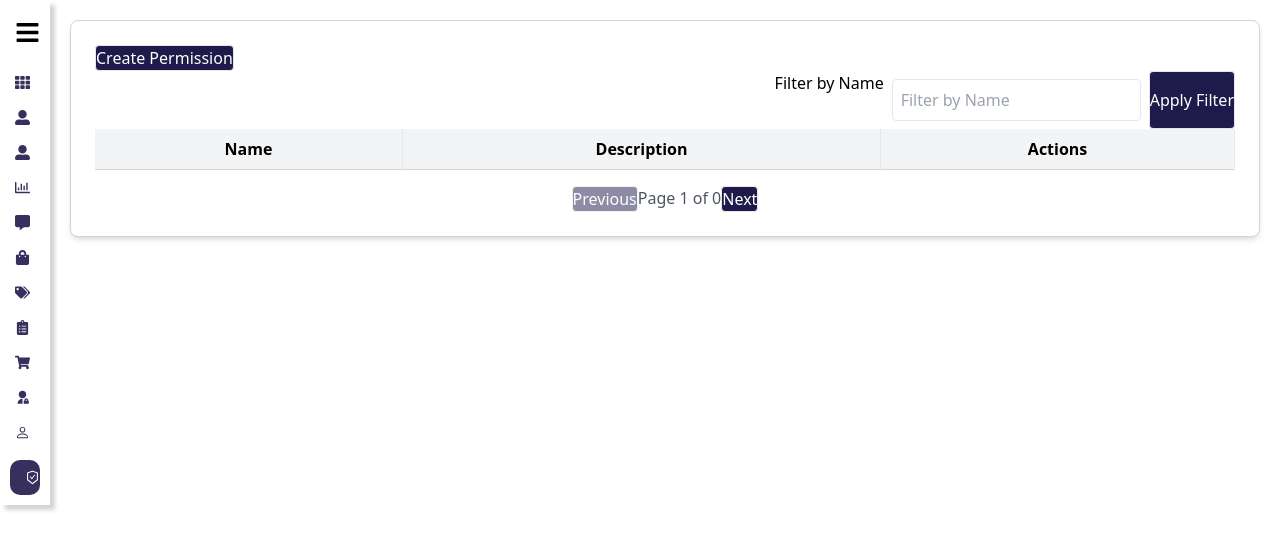
Repository: Andarg01/Admin
Page: /permission
An editor plug-in stored every save of this project. The page is shown before and after the next save, followed by the edit.
The browser window is 1280 px wide. The pictures show the whole page.
The page's requests for data from a server got no answer. The project was rebuilt for these pictures with package versions that can differ from the ones it lists, and the page was loaded fresh each time. No one was signed in, and anything a server would have sent is missing. Also part of the build but not shown: src/styles/analytics.css, src/pages/Analytics.tsx, src/pages/Dashboard.tsx, src/styles/productList.css, src/components/OrderModal.tsx, src/components/OrderTable.tsx, src/pages/Orders.tsx, src/components/CategoryModal.tsx and 16 more.

Above is the page before, as saved 2024-02-29 05:10:58.

### src/index.tsx



import * as React from "react"
import * as ReactDOM from "react-dom/client"
import App from "./App"
import './index.css'

import { Provider } from 'react-redux';
import store from './redux/store';
const container = document.getElementById("root")
if (!container) throw new Error('Failed to find the root element');
const root = ReactDOM.createRoot(container)

root.render(

  <React.StrictMode>
    <Provider store={store}>
         <App />
         </Provider>
  </React.StrictMode>,

)

### src/redux/store.ts
// redux/store.ts

import { configureStore, combineReducers } from '@reduxjs/toolkit';
import permissionsReducer from './reducers/permissionsReducers';
import rolesReducer from './reducers/rolesReducers';
import shopReducer from './reducers/shopReducer';

const rootReducer = combineReducers({
  permissions: permissionsReducer,
  roles: rolesReducer,
  shope:shopReducer,
});

const store = configureStore({
  reducer: rootReducer,
});

export type RootState = ReturnType<typeof rootReducer>;

export default store;

### src/App.css
* {
    margin: 0;
    padding: 0;
    text-decoration: none;
    /* background: #fff; */
    /* color: #fff; */
    /* background: #0e1630 */
    /* background-color: #0e1630; */
}

.container {
    display: flex;
}

main {
    width: 100%;
    padding: 20px;
}

.sidebar {
    background: #fff;
    /* background: #0e1630; */
    box-shadow: 5px 5px 4px rgb(212, 212, 212);
    color: #000;
    height: auto;
    width: 200px;
    transition: all 0.5s;
}

.top_section {
    display: flex;
    align-items: center;
    padding: 20px 15px;
}

.logo {
    font-size: 30px;
}

.bars {
    display: flex;
    font-size: 25px;
    margin-left: 50px;
}

.link {
    display: flex;
    color: #37305F;
    padding: 10px 15px;
    gap: 15px;
    transition: all 0.5s;
}

.link:hover {
    background: #37305F;
    color: #fff;
    transition: all 0.5s;
    margin: 10px;
    border-radius: 10px;
}

.active {
    background: #37305F;
    color: #fff;
    margin: 10px;
    border-radius: 10px;
}

.icon,
.link_text {
    font-size: 15px;
}

### src/components/PermissionTable.tsx


import React, { useState, useEffect } from 'react';
import { useDispatch, useSelector } from 'react-redux';
import { RootState } from '../redux/store';
import {
  fetchPermissions,
  createPermission,
  updatePermission,
  deletePermission,
} from '../redux/actions/permissionsActions';
import PermissionModal from './PermissionModal';

interface Permission {
  id: string;
  name: string;
  description: string;
}

interface PermissionsState {
  permissions: Permission[];
}

const PAGE_SIZE = 5; // You can adjust the number of items per page as needed

const PermissionTable: React.FC = () => {
  const dispatch = useDispatch();
  const permissions = useSelector((state: RootState) => state.permissions.permissions);

  const [showModal, setShowModal] = useState(false);
  const [selectedPermission, setSelectedPermission] = useState(null);
  const [nameFilter, setNameFilter] = useState<string>('');
  const [currentPage, setCurrentPage] = useState<number>(1);

  useEffect(() => {
    dispatch(fetchPermissions());
  }, [dispatch]);

  const handleCreate = () => {
    setSelectedPermission(null);
    setShowModal(true);
  };

  const handleEdit = (permission: any) => {
    setSelectedPermission(permission);
    setShowModal(true);
  };

  const handleDelete = (permissionId: string) => {
    if (window.confirm('Are you sure you want to delete this permission?')) {
      dispatch(deletePermission(permissionId));
    }
  };

  const handleNameFilterChange = (event: React.ChangeEvent<HTMLInputElement>) => {
    setNameFilter(event.target.value);
    setCurrentPage(1); // Reset to the first page when the filter changes
  };

  const handleApplyFilter = () => {
    const filteredData = permissions.filter(permission =>
      permission.name.toLowerCase().includes(nameFilter.toLowerCase())
    );
    return filteredData;
  };

  const filteredPermissions = handleApplyFilter();

  const totalPages = Math.ceil(filteredPermissions.length / PAGE_SIZE);
  const startIndex = (currentPage - 1) * PAGE_SIZE;
  const endIndex = startIndex + PAGE_SIZE;
  const currentPermissions = filteredPermissions.slice(startIndex, endIndex);

  const handleNextPage = () => {
    if (currentPage < totalPages) {
      setCurrentPage(currentPage + 1);
    }
  };

  const handlePrevPage = () => {
    if (currentPage > 1) {
      setCurrentPage(currentPage - 1);
    }
  };

  return (
    <div className="overflow-x-auto bg-white border border-gray-300 p-6 rounded-lg shadow-md transition duration-500 ease-in-out">
      <div>
        <button
          className='border rounded bg-indigo-950 hover:m-2 text-white'
          onClick={handleCreate}
        >
          Create Permission
        </button>
        </div>
        <div className='flex justify-end'>
        <p>Filter by Name</p>
        <input
          type="text"
          placeholder="Filter by Name"
          value={nameFilter}
          onChange={handleNameFilterChange}
          className="border rounded p-2 m-2"
        />
        <button
          className='border rounded bg-indigo-950 hover:m-2 text-white'
          onClick={handleApplyFilter}
        >
          Apply Filter
        </button>
      </div>

      <table className="min-w-full border-b border-gray-300">
        <thead className="bg-gray-100">
          <tr>
            <th className="py-2 px-4 border-r cursor-pointer">Name</th>
            <th className="py-2 px-4 border-r cursor-pointer">Description</th>
            <th className="py-2 px-4 border-r cursor-pointer">Actions</th>
          </tr>
        </thead>
        <tbody>
          {currentPermissions.map((permission) => (
            <tr key={permission.id} className="border-b">
              <td className="py-2 px-4 border-r">{permission.name}</td>
              <td className="py-2 px-4 border-r">{permission.description}</td>
              <td className="py-2 px-4">
                <button
                  onClick={() => handleEdit(permission)}
                  className="edit hover:underline mr-2 hover:text-gray-700"
                >
                  Edit
                </button>
                <button
                  onClick={() => handleDelete(permission.id)}
                  className="delete hover:underline hover:text-red-700"
                >
                  Delete
                </button>
              </td>
            </tr>
          ))}
        </tbody>
      </table>

      <div className="flex justify-center mt-4">
        <button
          className={`border rounded bg-indigo-950 hover:m-2 text-white ${currentPage === 1 && 'opacity-50 cursor-not-allowed'}`}
          onClick={handlePrevPage}
          disabled={currentPage === 1}
        >
          Previous
        </button>
        <span className="text-gray-600">{`Page ${currentPage} of ${totalPages}`}</span>
        <button
          className={`border rounded bg-indigo-950 hover:m-2 text-white ${currentPage === totalPages && 'opacity-50 cursor-not-allowed'}`}
          onClick={handleNextPage}
          disabled={currentPage === totalPages}
        >
          Next
        </button>
      </div>

      {showModal && <PermissionModal onClose={() => setShowModal(false)} permission={selectedPermission} />}
    </div>
  );
};

export default PermissionTable;















// // PermissionTable.tsx

// import React, { useState, useEffect } from 'react';
// import { useDispatch, useSelector } from 'react-redux';
// import { RootState } from '../redux/store';
// import {
//   fetchPermissions,
//   createPermission,
//   updatePermission,
//   deletePermission,
// } from '../redux/actions/permissionsActions';
// import PermissionModal from './PermissionModal';
// interface Permission {
//   id: string;
//   name: string;
//   description: string;
// }

// interface PermissionsState {
//   permissions: Permission[];
// }


// const PermissionTable: React.FC = () => {
//   const dispatch = useDispatch();
//   const permissions = useSelector((state: RootState) => state.permissions.permissions);

//   const [showModal, setShowModal] = useState(false);
//   const [selectedPermission, setSelectedPermission] = useState(null);

//   useEffect(() => {
//     dispatch(fetchPermissions());
//   }, [dispatch]);

//   const handleCreate = () => {
//     setSelectedPermission(null);
//     setShowModal(true);
//   };

//   const handleEdit = (permission: any) => {
//     setSelectedPermission(permission);
//     setShowModal(true);
//   };

//   const handleDelete = (permissionId: string) => {
//     if (window.confirm('Are you sure you want to delete this permission?')) {
//       dispatch(deletePermission(permissionId));
//     }
//   };

//   return (
//     <div className="overflow-x-auto bg-white border border-gray-300 p-6 rounded-lg shadow-md transition duration-500 ease-in-out">
//       <button
//       className='border rounded bg-indigo-950 hover:m-2 text-white'
//       onClick={handleCreate}>Create Permission</button>


//       <table className="min-w-full border-b border-gray-300">
//         <thead className="bg-gray-100">
//           <tr>
//             <th className="py-2 px-4 border-r cursor-pointer">Name</th>
//             <th className="py-2 px-4 border-r cursor-pointer">Description</th>
//             <th className="py-2 px-4 border-r cursor-pointer">Actions</th>
//           </tr>
//         </thead>
//         <tbody>
//           {permissions.map((permission) => (
//             <tr key={permission.id} className="border-b">
//               <td className="py-2 px-4 border-r">{permission.name}</td>
//               <td className="py-2 px-4 border-r">{permission.description}</td>
//               <td className="py-2 px-4">
//                 <button onClick={() => handleEdit(permission)}
//                 className="edit hover:underline mr-2 hover:text-gray-700"
//                 >Edit</button>
//                 <button onClick={() => handleDelete(permission.id)}
//                  className="delete hover:underline hover:text-red-700"
//                 >Delete</button>
//               </td>
//             </tr>
//           ))}
//         </tbody>
//       </table>
//       {showModal && <PermissionModal onClose={() => setShowModal(false)} permission={selectedPermission} />}
//     </div>
//   );
// };

// export default PermissionTable;




// // // PermissionTable.tsx

// // import React, { useState, useEffect } from 'react';
// // import { useDispatch, useSelector } from 'react-redux';
// // import { RootState } from '../redux/store';
// // import {
// //   fetchPermissions,
// //   createPermission as createPermissionAction,
// //   updatePermission as updatePermissionAction,
// //   deletePermission,
// // } from '../redux/actions/permissionsActions';
// // import PermissionModal from './PermissionModal';

// // interface Permission {
// //   id: string;
// //   name: string;
// //   description: string;
// // }

// // interface PermissionsState {
// //   permissions: Permission[];
// // }

// // const PermissionTable: React.FC = () => {
// //   const dispatch = useDispatch();
// //   const allPermissions = useSelector((state: RootState) => state.permissions.permissions);

// //   const [permissions, setPermissions] = useState(allPermissions);
// //   const [showModal, setShowModal] = useState(false);
// //   const [selectedPermission, setSelectedPermission] = useState(null);
// //   const [currentPage, setCurrentPage] = useState(1);
// //   const [permissionsPerPage] = useState(5); // Number of permissions per page
// //   const [filterName, setFilterName] = useState('');

// //   useEffect(() => {
// //     dispatch(fetchPermissions());
// //   }, [dispatch]);

// //   useEffect(() => {
// //     setPermissions(allPermissions);
// //   }, [allPermissions]);

// //   const indexOfLastPermission = currentPage * permissionsPerPage;
// //   const indexOfFirstPermission = indexOfLastPermission - permissionsPerPage;
// //   const currentPermissions = permissions.slice(indexOfFirstPermission, indexOfLastPermission);

// //   const paginate = (pageNumber: number) => setCurrentPage(pageNumber);

// //   const handleCreate = () => {
// //     setSelectedPermission(null);
// //     setShowModal(true);
// //   };

// //   const handleEdit = (permission: any) => {
// //     setSelectedPermission(permission);
// //     setShowModal(true);
// //   };

// //   const handleDelete = (permissionId: string) => {
// //     if (window.confirm('Are you sure you want to delete this permission?')) {
// //       dispatch(deletePermission(permissionId));
// //     }
// //   };

// //   const handleFilterChange = (e: React.ChangeEvent<HTMLInputElement>) => {
// //     setFilterName(e.target.value);
// //     const filteredPermissions = allPermissions.filter(permission =>
// //       permission.name.toLowerCase().includes(e.target.value.toLowerCase())
// //     );
// //     setPermissions(filteredPermissions);
// //     setCurrentPage(1); // Reset to the first page when filtering
// //   };

// //   const createPermission = (newPermission: Permission) => {
// //     dispatch(createPermissionAction(newPermission));
// //     setShowModal(false);
// //   };

// //   const updatePermission = (updatedPermission: Permission) => {
// //     dispatch(updatePermissionAction(updatedPermission));
// //     setShowModal(false);
// //   };

// //   return (
// //     <div className="overflow-x-auto bg-white border border-gray-300 p-6 rounded-lg shadow-md transition duration-500 ease-in-out">
// //       <button
// //         className='border rounded bg-indigo-950 hover:m-2 text-white'
// //         onClick={handleCreate}
// //       >
// //         Create Permission
// //       </button>

// //       <div className="mt-3 mb-4">
// //         <label htmlFor="filterName" className="block text-sm font-medium text-gray-600">
// //           Filter by Name:
// //         </label>
// //         <input
// //           type="text"
// //           id="filterName"
// //           name="filterName"
// //           value={filterName}
// //           onChange={handleFilterChange}
// //           className="mt-1 p-2 border rounded-md w-64"
// //           placeholder="Enter name"
// //         />
// //       </div>

// //       <table className="min-w-full border-b border-gray-300">
// //         <thead className="bg-gray-100">
// //           <tr>
// //             <th className="py-2 px-4 border-r cursor-pointer">Name</th>
// //             <th className="py-2 px-4 border-r cursor-pointer">Description</th>
// //             <th className="py-2 px-4 border-r cursor-pointer">Actions</th>
// //           </tr>
// //         </thead>
// //         <tbody>
// //           {currentPermissions.map((permission) => (
// //             <tr key={permission.id} className="border-b">
// //               <td className="py-2 px-4 border-r">{permission.name}</td>
// //               <td className="py-2 px-4 border-r">{permission.description}</td>
// //               <td className="py-2 px-4">
// //                 <button
// //                   onClick={() => handleEdit(permission)}
// //                   className="edit hover:underline mr-2 hover:text-gray-700"
// //                 >
// //                   Edit
// //                 </button>
// //                 <button
// //                   onClick={() => handleDelete(permission.id)}
// //                   className="delete hover:underline hover:text-red-700"
// //                 >
// //                   Delete
// //                 </button>
// //               </td>
// //             </tr>
// //           ))}
// //         </tbody>
// //       </table>

// //       <div className="mt-4 flex justify-end">
// //         <nav className="relative z-0 inline-flex shadow-sm -space-x-px" aria-label="Pagination">
// //           {Array.from({ length: Math.ceil(permissions.length / permissionsPerPage) }).map((_, index) => (
// //             <button
// //               key={index}
// //               onClick={() => paginate(index + 1)}
// //               className={`whitespace-nowrap px-4 py-2 border ${
// //                 currentPage === index + 1
// //                   ? 'border-indigo-500 text-indigo-600 focus:outline-none focus:border-indigo-700 focus:z-10'
// //                   : 'border-gray-300 text-gray-500 hover:bg-gray-50 focus:outline-none focus:border-gray-700 focus:z-10'
// //               }`}
// //             >
// //               {index + 1}
// //             </button>
// //           ))}
// //         </nav>
// //       </div>

// //       {showModal && (
// //         <PermissionModal
// //           onClose={() => setShowModal(false)}
// //           permission={selectedPermission}
// //           createPermission={createPermission}
// //           updatePermission={updatePermission}
// //         />
// //       )}
// //     </div>
// //   );
// // };

// // export default PermissionTable;

### src/redux/reducers/permissionsReducers.ts
import { createSlice } from '@reduxjs/toolkit';
import { fetchPermissions, createPermission, updatePermission, deletePermission } from '../actions/permissionsActions'


interface Permission {
  id: string;
  name: string;
  description: string;
}

interface PermissionsState {
  permissions: Permission[];
}

const initialState: PermissionsState = {
  permissions: [],
};

const permissionsSlice = createSlice({
  name: 'permissions',
  initialState,
  reducers: {}, // You can add reducers if needed
  extraReducers: (builder) => {
    builder.addCase(fetchPermissions.fulfilled, (state, action) => {
      state.permissions = action.payload;
    });
    builder.addCase(createPermission.fulfilled, (state, action) => {
      state.permissions.push(action.payload);
    });
    builder.addCase(updatePermission.fulfilled, (state, action) => {
      const updatedPermission = action.payload;
      const index = state.permissions.findIndex((p) => p.id === updatedPermission.id);
      if (index !== -1) {
        state.permissions[index] = updatedPermission;
      }
    });
    builder.addCase(deletePermission.fulfilled, (state, action) => {
      const deletedPermissionId = action.payload;
      state.permissions = state.permissions.filter((p) => p.id !== deletedPermissionId);
    });
  },
});

export default permissionsSlice.reducer;

### src/redux/reducers/rolesReducers.ts
import { createSlice } from '@reduxjs/toolkit';
import { fetchRoles, createRole, updateRole, deleteRole } from "../actions/rolesActions"


export interface Role {
  id: string;
  name: string;
  description: string;
  permissions: string[]; // Assuming permission IDs are stored in an array
  default: boolean;
}

interface RolesState {
  roles: Role[];
}

const initialState: RolesState = {
  roles: [],
};

const rolesSlice = createSlice({
  name: 'roles',
  initialState,
  reducers: {}, // You can add reducers if needed
  extraReducers: (builder) => {
    builder.addCase(fetchRoles.fulfilled, (state, action) => {
      state.roles = action.payload;
    });
    builder.addCase(createRole.fulfilled, (state, action) => {
      state.roles.push(action.payload);
    });
    builder.addCase(updateRole.fulfilled, (state, action) => {
      const updatedRole = action.payload;
      const index = state.roles.findIndex((r) => r.id === updatedRole.id);
      if (index !== -1) {
        state.roles[index] = updatedRole;
      }
    });
    builder.addCase(deleteRole.fulfilled, (state, action) => {
      const deletedRoleId = action.payload;
      state.roles = state.roles.filter((r) => r.id !== deletedRoleId);
    });
  },
});

export default rolesSlice.reducer;

### src/redux/reducers/shopReducer.ts
// src/redux/reducers/shopReducer.ts

import {
    FETCH_SHOPS_REQUEST,
    FETCH_SHOPS_SUCCESS,
    FETCH_SHOPS_FAILURE,
  } from '../actions/shopActions';

  interface Shop {
    id: string;
    name: string;
    description: string;
    shopUrl: string;
    permissionName: string;
    picture: string;
  }

  interface ShopState {
    shops: Shop[];
    loading: boolean;
    error: string;
  }

  const initialState: ShopState = {
    shops: [],
    loading: false,
    error: '',
  };

  const shopReducer = (state = initialState, action: any): ShopState => {
    switch (action.type) {
      case FETCH_SHOPS_REQUEST:
        return {
          ...state,
          loading: true,
        };
      case FETCH_SHOPS_SUCCESS:
        return {
          ...state,
          loading: false,
          shops: action.payload,
          error: '',
        };
      case FETCH_SHOPS_FAILURE:
        return {
          ...state,
          loading: false,
          shops: [],
          error: action.payload,
        };
      default:
        return state;
    }
  };

  export default shopReducer;

### src/redux/actions/permissionsActions.ts
import { createAsyncThunk } from '@reduxjs/toolkit';

// Replace with your actual backend endpoint
const API_ENDPOINT = 'https://sheba-app.onrender.com/api/permissions';

interface Permission {
  id: string;
  name: string;
  description: string;
}

export const fetchPermissions = createAsyncThunk<Permission[]>('permissions/fetchPermissions', async () => {
  const response = await fetch(`${API_ENDPOINT}/all`);
  const data = await response.json();
  return data.permissions;
});

export const createPermission = createAsyncThunk<Permission, { name: string, description: string }>(
  'permissions/createPermission',
  async (payload) => {
    const response = await fetch(`${API_ENDPOINT}/create`, {
      method: 'POST',
      headers: {
        'Content-Type': 'application/json',
      },
      body: JSON.stringify(payload),
    });
    const data = await response.json();
    return data;
  }
);

export const updatePermission = createAsyncThunk<Permission, { id: string, data: { name: string, description: string } }>(
  'permissions/updatePermission',
  async (payload) => {
    const response = await fetch(`${API_ENDPOINT}/${payload.id}/update`, {
      method: 'PUT',
      headers: {
        'Content-Type': 'application/json',
      },
      body: JSON.stringify(payload.data),
    });
    const data = await response.json();
    return data;
  }
);

export const deletePermission = createAsyncThunk('permissions/deletePermission', async (permissionId: string) => {
  const response = await fetch(`${API_ENDPOINT}/${permissionId}/delete`, {
    method: 'DELETE',
  });
  const data = await response.json();
  return data;
});

### src/redux/actions/rolesActions.ts
// roles/actions.ts

import { createAsyncThunk } from '@reduxjs/toolkit';

// Replace with your actual backend endpoint
const API_ENDPOINT = 'https://sheba-app.onrender.com/api/roles';

export const fetchRoles = createAsyncThunk('roles/fetchRoles', async () => {
  const response = await fetch(API_ENDPOINT);
  const data = await response.json();
  return data.roles;
});

export const createRole = createAsyncThunk('roles/createRole', async (payload: any) => {
  const response = await fetch(API_ENDPOINT + '/create', {
    method: 'POST',
    headers: {
      'Content-Type': 'application/json',
    },
    body: JSON.stringify(payload),
  });
  const data = await response.json();
  return data;
});

export const updateRole = createAsyncThunk('roles/updateRole', async (payload: any) => {
  const response = await fetch(`${API_ENDPOINT}/${payload.id}/update`, {
    method: 'PUT',
    headers: {
      'Content-Type': 'application/json',
    },
    body: JSON.stringify(payload.data),
  });
  const data = await response.json();
  return data;
});

export const deleteRole = createAsyncThunk('roles/deleteRole', async (roleId: string) => {
  const response = await fetch(`${API_ENDPOINT}/${roleId}/delete`, {
    method: 'DELETE',
  });
  const data = await response.json();
  return data;
});

### src/redux/actions/shopActions.ts
// src/redux/actions/shopActions.ts

import axios from 'axios';

export const FETCH_SHOPS_REQUEST = 'FETCH_SHOPS_REQUEST';
export const FETCH_SHOPS_SUCCESS = 'FETCH_SHOPS_SUCCESS';
export const FETCH_SHOPS_FAILURE = 'FETCH_SHOPS_FAILURE';

export const fetchShops = () => {
  return async (dispatch: any) => {
    dispatch({ type: FETCH_SHOPS_REQUEST });

    try {
      const response = await axios.get('https://sheba-app.onrender.com/api/shops/user/all');
      dispatch({ type: FETCH_SHOPS_SUCCESS, payload: response.data });
    } catch (error) {
      dispatch({ type: FETCH_SHOPS_FAILURE, payload: error.message });
    }
  };
};

Loaded but not shown: public/index.html (common file); src/index.css (common file); tailwind.config.js (common file); src/components/Sidebar.tsx (131 lines, source omitted); src/App.tsx (98 lines, source omitted)

After the next save:
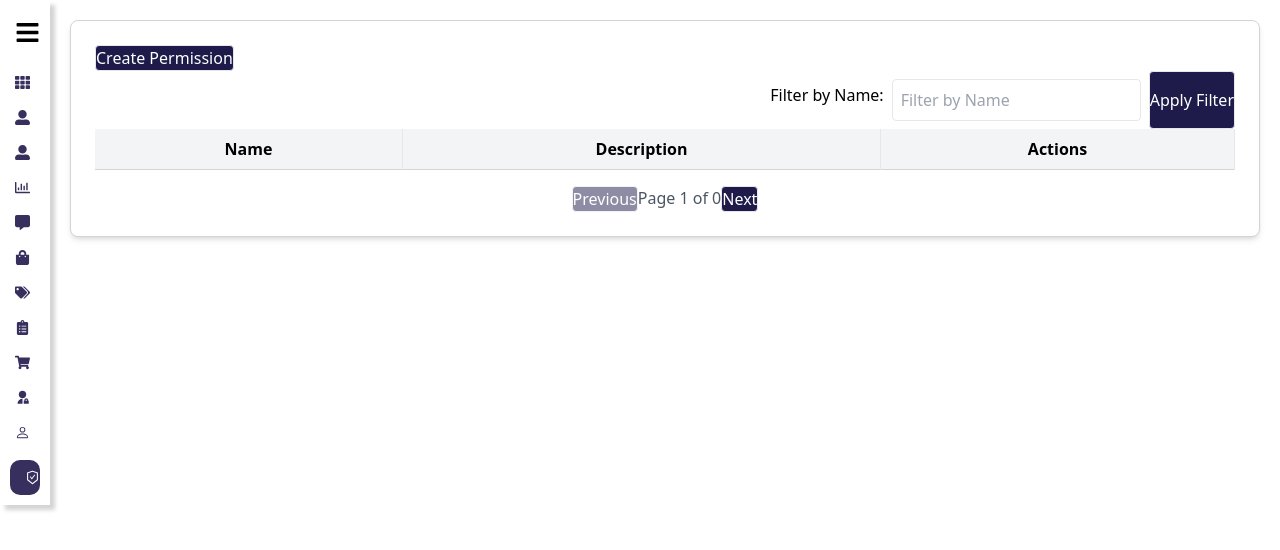
Saved 35 s later.
--- a/src/components/PermissionTable.tsx
+++ b/src/components/PermissionTable.tsx
@@ -94,7 +94,7 @@ const PermissionTable: React.FC = () => {
         </button>
         </div>
         <div className='flex justify-end'>
-        <p>Filter by Name</p>
+        <p className='mt-3'>Filter by Name:</p>
         <input
           type="text"
           placeholder="Filter by Name"
